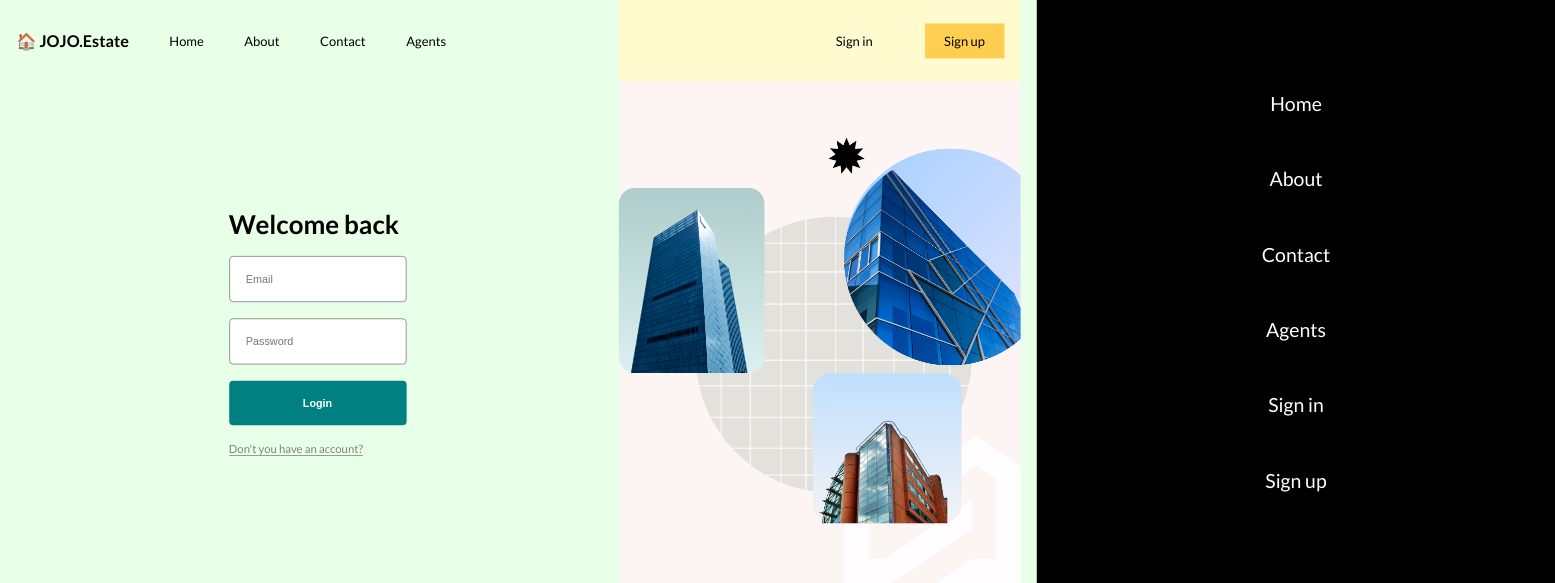
Repository: AiTrinh303/JOJO-estate
Page: /login (app in client/)
The author's editor kept a copy of each file at every save. The page is drawn from the files as they stood at one save, then again after the next save.
The browser window is 1280 px wide. The page is 1920 px wide, so the pictures cover 1920 px, including what lies to the right of the window. The pictures show the whole page, at 81% of full size.
The project was rebuilt for these pictures with package versions that can differ from the ones it lists, and the page was loaded fresh each time. Also part of the build but not shown: client/vite.config.js, client/src/components/searchBar/searchBar.scss, client/src/components/searchBar/SearchBar.jsx, client/src/routes/homePage/homePage.scss, client/src/routes/homePage/homePage.jsx, client/src/routes/listPage/listPage.scss, client/src/components/filter/filter.scss, client/src/components/filter/Filter.jsx and 24 more. Imported but missing from the stored project, and not drawn on this page: client/src/components/uploadWidget/UploadWidget.

Above is the page before, as saved 2024-10-13 15:53:12.

### client/index.html
<!DOCTYPE html>
<html lang="en">
  <head>
    <meta charset="UTF-8" />
    <link rel="icon" type="image/svg+xml" href="/logo.png" />
    <meta name="viewport" content="width=device-width, initial-scale=1.0" />
    <title>🏠JOJO Estate App</title>
    <meta name="description" content="Buy, Sell and Rent Properties" />
    <link
      href="https://fonts.googleapis.com/css2?family=Lato:ital,wght@0,100;0,300;0,400;0,700;0,900;1,100;1,300;1,400;1,700;1,900&display=swap"
      rel="stylesheet"
    />
  </head>
  <body>
    <div id="root"></div>
    <script type="module" src="/src/main.jsx"></script>
  </body>
</html>

### client/src/main.jsx
import React from "react";
import ReactDOM from "react-dom/client";
import App from "./App.jsx";
import "./index.scss";
import { AuthContextProvider } from "./context/AuthContext.jsx";
// import { SocketContextProvider } from "./context/SocketContext.jsx";

ReactDOM.createRoot(document.getElementById("root")).render(
  <React.StrictMode>
    <AuthContextProvider>

        <App />

    </AuthContextProvider>
  </React.StrictMode>
);

### client/src/App.jsx
import HomePage from "./routes/homePage/homePage";
import { createBrowserRouter, RouterProvider } from "react-router-dom";
import ListPage from "./routes/listPage/listPage";
import { Layout, RequireAuth } from "./routes/layout/layout";
import SinglePage from "./routes/singlePage/singlePage";
import ProfilePage from "./routes/profilePage/profilePage";
import Login from "./routes/login/login";
import Register from "./routes/register/register";
import ProfileUpdatePage from "./routes/profileUpdatePage/profileUpdatePage";
import NewPostPage from "./routes/newPostPage/newPostPage";
import { listPageLoader, profilePageLoader, singlePageLoader } from "./lib/loaders";

function App() {
  const router = createBrowserRouter([
    {
      path: "/",
      element: <Layout />,
      children: [
        {
          path: "/",
          element: <HomePage />,
        },
        {
          path: "/list",
          element: <ListPage />,
          loader: listPageLoader,
        },
        {
          path: "/:id",
          element: <SinglePage />,
          loader: singlePageLoader,
        },
        {
          path: "/login",
          element: <Login />,
        },
        {
          path: "/register",
          element: <Register />,
        },
      ],
    },
    {
      path: "/",
      element: <RequireAuth />,
      children: [
        {
          path: "/profile",
          element: <ProfilePage />,
          loader: profilePageLoader
        },
        {
          path: "/profile/update",
          element: <ProfileUpdatePage />,
        },
        {
          path: "/add",
          element: <NewPostPage />,
        },
      ],
    },
  ]);

  return <RouterProvider router={router} />;
}

export default App;

### client/src/index.scss
*{
  padding: 0;
  margin: 0;
  box-sizing: border-box;
}

a {
  text-decoration: none;
  color: inherit;
}

body{
  font-family: "Lato", sans-serif;
  overflow: hidden;
  background-color: #bdcbee;

}

### client/src/context/AuthContext.jsx
import { createContext, useEffect, useState } from "react";

export const AuthContext = createContext();

export const AuthContextProvider = ({ children }) => {
  const [currentUser, setCurrentUser] = useState(JSON.parse(localStorage.getItem("user")) || null );

  const updateUser = (data) => {
    setCurrentUser(data);
  };

  useEffect(() => {
    localStorage.setItem("user", JSON.stringify(currentUser));
  }, [currentUser]);

  return (
    <AuthContext.Provider value={{ currentUser,updateUser }}>
      {children}
    </AuthContext.Provider>
  );
};

### client/src/routes/layout/layout.jsx
import "./layout.scss";
import Navbar from "../../components/navbar/Navbar";
import { Navigate, Outlet } from "react-router-dom";
import { useContext } from "react";
import { AuthContext } from "../../context/AuthContext";

function Layout() {
  return (
    <div className="layout">
      <div className="navbar">
        <Navbar />
      </div>
      <div className="content">
        <Outlet />
      </div>
    </div>
  );
}

function RequireAuth() {
  const { currentUser } = useContext(AuthContext);

  if (!currentUser) return <Navigate to="/login" />;
  else {
    return (
      <div className="layout">
        <div className="navbar">
          <Navbar />
        </div>
        <div className="content">
          <Outlet />
        </div>
      </div>
    );
  }
}

export { Layout, RequireAuth };

### client/src/routes/login/login.jsx
import { useContext, useState } from "react";
import "./login.scss";
import { Link, useNavigate } from "react-router-dom";
import apiRequest from "../../lib/apiRequest";
import { AuthContext } from "../../context/AuthContext";

function Login() {
  const [error, setError] = useState("");
  const [isLoading, setIsLoading] = useState(false);

  const {updateUser} = useContext(AuthContext)

  const navigate = useNavigate();

  const handleSubmit = async (e) => {
    e.preventDefault();
    setIsLoading(true);
    setError("");
    const formData = new FormData(e.target);

    const email = formData.get("email");
    const password = formData.get("password");

    try {
      const res = await apiRequest.post("/auth/login", {
        email,
        password,
      });

      // localStorage.setItem("user", JSON.stringify(res.data));
      updateUser(res.data)

      navigate("/");
    } catch (err) {
      setError(err.response.data.message);
    } finally {
      setIsLoading(false);
    }
  };
  return (
    <div className="login">
      <div className="formContainer">
        <form onSubmit={handleSubmit}>
          <h1>Welcome back</h1>
          <input
            name="email"
            required
            type="email"
            placeholder="Email"
          />
          <input
            name="password"
            type="password"
            required
            placeholder="Password"
          />
          <button disabled={isLoading}>Login</button>
          {error && <span>{error}</span>}
          <Link to="/register">{"Don't"} you have an account?</Link>
        </form>
      </div>
      <div className="imgContainer">
        <img src="/bg.png" alt="" />
      </div>
    </div>
  );
}

export default Login;

### client/src/lib/loaders.js
import { defer } from "react-router-dom";
import apiRequest from "./apiRequest";

export const singlePageLoader = async ({ request, params }) => {
  const res = await apiRequest("/posts/" + params.id);
  return res.data;
};

export const listPageLoader = async ({ request, params }) => {
  // console.log(request)
  const query = request.url.split("?")[1];
  const postPromise = apiRequest("/posts?" + query);
  return defer({
    postResponse: postPromise,
  });
};

export const profilePageLoader = async () => {
  const postPromise = apiRequest("/users/profilePosts");
  const chatPromise = apiRequest("/chats");
  return defer({
    postResponse: postPromise,
    chatResponse: chatPromise,
  });
};

### client/src/routes/layout/layout.scss
@import "../../responsive.scss";

.layout {
  height: 100vh;
  max-width: 1366px;
  margin-left: auto;
  margin-right: auto;
  padding-left: 20px;
  padding-right: 20px;
  background: rgb(232, 255, 232);

  @include lg {
    max-width: 1280px;
  }

  @include md {
    max-width: 768px;
  }

  @include sm {
    max-width: 640px;
  }

  .content {
    // flex: 1;
    height: calc(100vh - 100px);
  }
}

### client/src/components/navbar/Navbar.jsx
import { useContext, useState } from "react";
import "./navbar.scss";
import { Link } from "react-router-dom";
import { AuthContext } from "../../context/AuthContext";
import { useNotificationStore } from "../../lib/notificationStore";

function Navbar() {
  const [open, setOpen] = useState(false);

  const user = true;

  const { currentUser } = useContext(AuthContext);

  const fetch = useNotificationStore((state) => state.fetch);
  const number = useNotificationStore((state) => state.number);

  if(currentUser) fetch();

  return (
    <nav>
      <div className="left">
        <a href="/" className="logo">
          <span>🏠 JOJO.Estate</span>
        </a>
        <a href="/">Home</a>
        <a href="/">About</a>
        <a href="/">Contact</a>
        <a href="/">Agents</a>
      </div>

      <div className="right">
        {currentUser ? (
          <div className="user">
            <img src={currentUser.avatar || "/noavatar.jpg"} alt="avatar" />
            <span>{currentUser.username}</span>
            <Link to="/profile" className="profile">
              <div className="notification">3</div>
              <span>Profile</span>
            </Link>
          </div>
        ) : (
          <>
            <Link to="/login">Sign in</Link>
            <Link to="/register" className="register">
              Sign up
            </Link>
          </>
        )}

            <div className="menuIcon">
                <img
                  src="/menu.png"
                  alt="menu"
                  onClick={() => setOpen((prev) => !prev)}/>
            </div>

        <div className={open ? "menu active" : "menu"}>
          <Link to="/">Home</Link>
          <a href="/">About</a>
          <a href="/">Contact</a>
          <a href="/">Agents</a>
          <Link to="/login">Sign in</Link>
          <Link to="/register">Sign up</Link>
        </div>

      </div>
    </nav>
  );
}

export default Navbar;

### client/src/lib/apiRequest.js
import axios from "axios";


const apiRequest = axios.create({
  baseURL: "http://localhost:8888/api",
  withCredentials: true,
});

export default apiRequest;

### client/src/routes/login/login.scss
.login {
  height: 100%;
  display: flex;

  .formContainer {
    flex: 3;
    height: 100%;
    display: flex;
    align-items: center;
    justify-content: center;

    form {
      display: flex;
      flex-direction: column;
      gap: 20px;

      input{
        padding: 20px;
        border: 1px solid gray;
        border-radius: 5px;
      }

      button{
        padding: 20px;
        border-radius: 5px;
        border: none;
        background-color: teal;
        color: white;
        font-weight: bold;
        cursor: pointer;

        &:disabled{
          background-color: #BED9D8;
          cursor: not-allowed;
        }
      }

      span{
        color: rgba(255, 0, 0, 0.591);
      }

      a{
        font-size: 14px;
        color: gray;
        border-bottom: 1px solid gray;
        width: max-content;
      }
    }
  }

  .imgContainer {
    flex: 2;
    background-color: #fcf5f3;
    display: flex;
    align-items: center;
    justify-content: center;
    img {
      width: 100%;
    }
  }
}

### client/src/responsive.scss
@mixin sm {
  @media (max-width: 738px) {
    @content;
  }
};

@mixin md {
  @media (max-width: 1024px) {
    @content;
  }
};

@mixin lg {
  @media (max-width: 1366px) {
    @content;
  }
};

### client/src/components/navbar/navbar.scss
@import "../../responsive.scss";

nav {
  height: 100px;
  display: flex;
  justify-content: space-between;
  align-items: center;

  a {
    transition: all 0.4s ease;

    @include sm {
      display: none;
    }

    &:hover {
      scale: 1.08;
    }
  }

  .left {
    flex: 3;
    display: flex;
    align-items: center;
    gap: 50px;

    .logo {
      font-weight: bold;
      font-size: 20px;
      display: flex;
      align-items: center;
      gap: 3px;

      span {
        @include md {
          display: none;
        }

        @include sm {
          display: initial;
        }
      }
    }
  }
  .right {
    flex: 2;
    display: flex;
    align-items: center;
    justify-content: flex-end;
    background-color: #fffbce;
    ;
    height: 100%;

    @include md {
      background-color: transparent;
    }

    a {
      padding: 12px 24px;
      margin: 20px;
    }

    .user{
      display: flex;
      align-items: center;
      font-weight: bold;

      img{
        width: 40px;
        height: 40px;
        border-radius: 50%;
        object-fit: cover;
        margin-right: 20px;
      }

      span{
        @include sm{
          display: none;
        }
      }

      .profile{
        padding: 12px 24px;
        background-color: #fece51;
        cursor: pointer;
        border: none;
        position: relative;

        .notification{
          position: absolute;
          top: -8px;
          right: -8px;
          background-color: red;
          color: white;
          border-radius: 50%;
          width: 26px;
          height: 26px;
          display: flex;
          align-items: center;
          justify-content: center;
        }

      }
    }

    .register {
      background-color: #fece51;
    }

    .menuIcon {
      display: none;
      z-index: 999;

      img {
        width: 36px;
        height: 36px;
        cursor: pointer;
      }

      @include sm {
        display: inline;
      }
    }

    .menu {
      position: absolute;
      top: 0;
      right: -50%;
      background-color: black;
      color: white;
      height: 100vh;
      width: 50%;
      transition: all 1s ease;
      display: flex;
      flex-direction: column;
      align-items: center;
      justify-content: center;
      font-size: 24px;

      &.active {
        right: 0;
      }

      @include sm {
        a {
          display: initial;
        }
      }
    }
  }
}

Loaded but not shown: client/src/lib/notificationStore.js (common file)

After the next save:
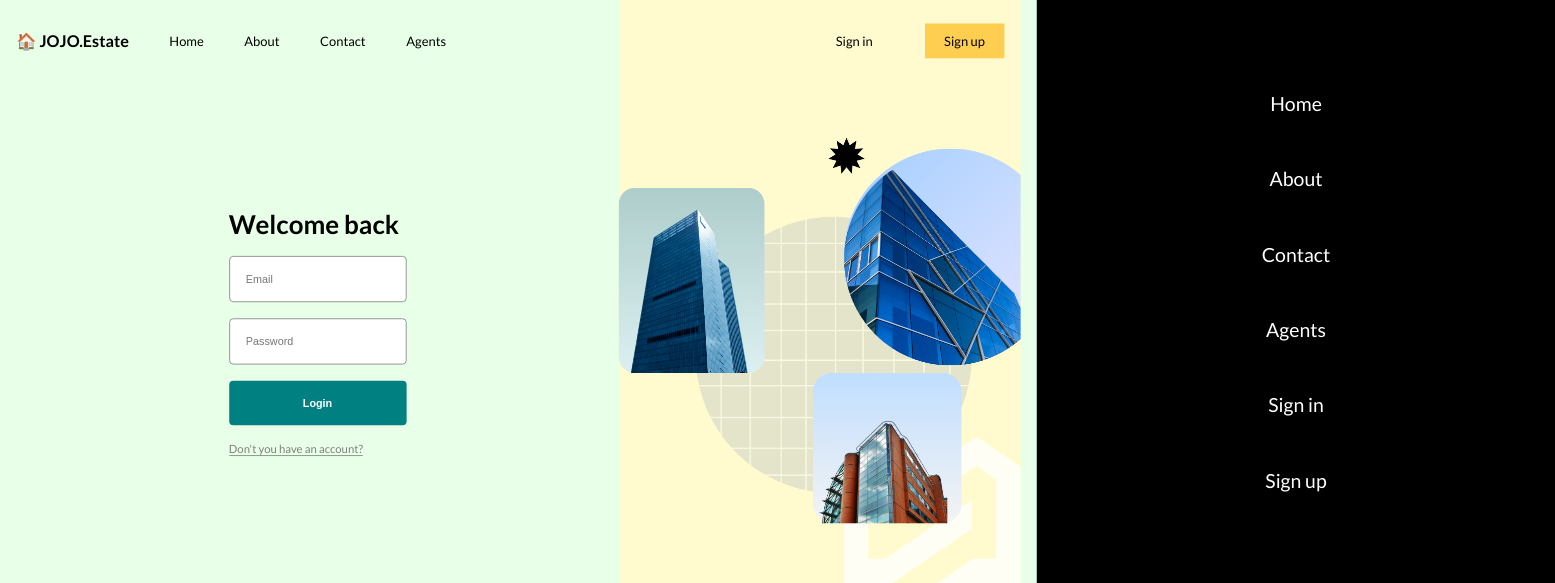
Saved 66 s later.
--- a/client/src/routes/login/login.scss
+++ b/client/src/routes/login/login.scss
@@ -50,7 +50,7 @@
 
   .imgContainer {
     flex: 2;
-    background-color: #fcf5f3;
+    background-color: #FFFBCE;
     display: flex;
     align-items: center;
     justify-content: center;
